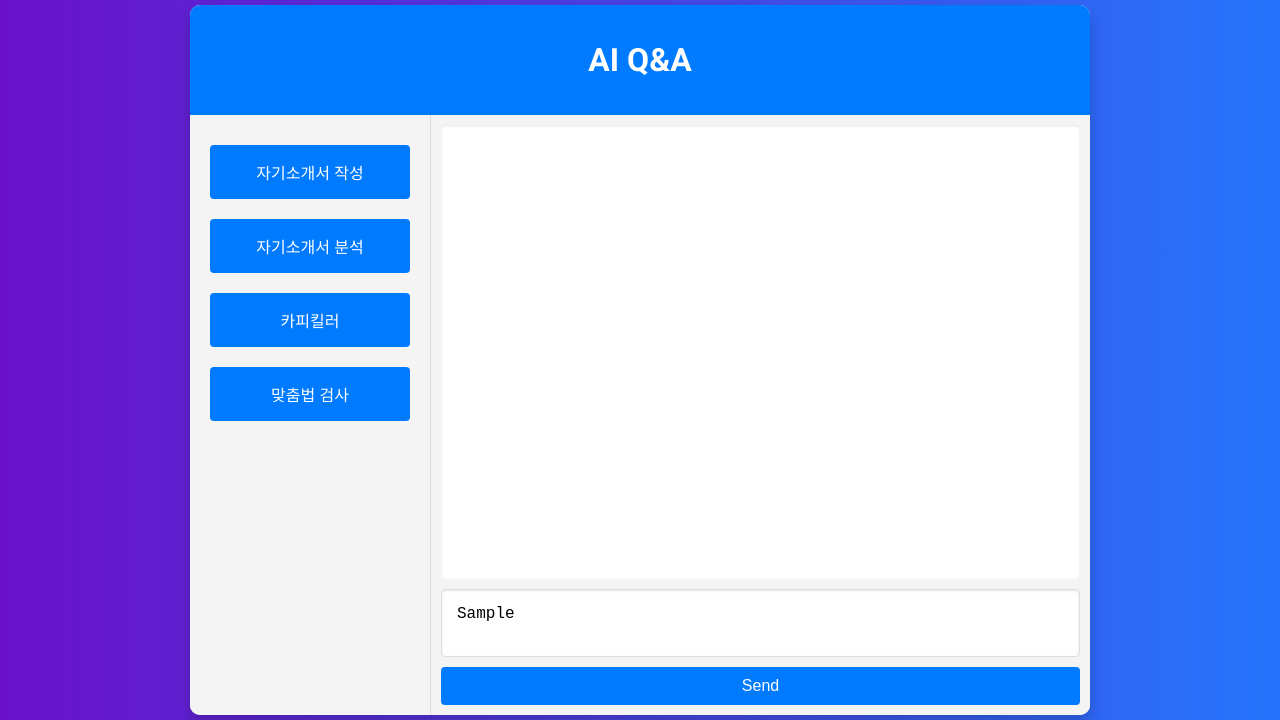
Repository: Choi9912/Flask_IntroduceGPT
Page: http://localhost/
These files come from the project's save history. The page is drawn as it stood at one moment and after the next save; the edit follows.
The browser window is 1280 px wide. The pictures show the whole page.
Empty fields were first filled with sample values (such as "Sample", 5 or name@example.com).
After loading, the first visible `#sendBtn` was clicked once.
The page is served by the project's application, run on Flask 3 (app.py).

Above is the page before, as saved 2024-07-30 12:23:36.

### templates/index.html
<!doctype html>
<html lang="en">
<head>
    <meta charset="UTF-8">
    <title>AI Q&A</title>
    <link rel="stylesheet" href="style.css">
    <link href="https://fonts.googleapis.com/css2?family=Roboto:wght@400;500;700&display=swap" rel="stylesheet">
    <meta name="viewport" content="width=device-width, initial-scale=1.0">
</head>
<body>
    <div class="app-container">
        <div class="header">
            <h1>AI Q&A</h1>
        </div>
        <div class="main-content">
            <div class="sidebar">
                <button class="sidebar-btn" id="sendBtn">자기소개서 작성</button>
                <button class="sidebar-btn" id="analyzeBtn">자기소개서 분석</button>
                <button class="sidebar-btn" id="plagiarismBtn">카피킬러</button>
                <button class="sidebar-btn" id="spellCheckBtn">맞춤법 검사</button>
            </div>
            <div class="chat-container">
                <div id="chat-box">
                    <!-- Chat messages will be appended here -->
                </div>
                <textarea id="inputArea" placeholder="Type your message here..." spellcheck="false"></textarea>
                <button class="submit-btn" id="actionBtn">Send</button>
            </div>
        </div>
    </div>
    <script src="script.js"></script>
</body>
</html>

### app.py
from flask import Flask, request, jsonify, render_template
import requests
import logging
import os

from dotenv import load_dotenv

load_dotenv()
API_URL = os.getenv('API_URL')
# Configure logging
logging.basicConfig(level=logging.DEBUG)

app = Flask(__name__)

class SelfIntroductionAnalyzer:
    def __init__(self, api_url):
        self.api_url = api_url

    def analyze(self, introduction, method):
        if method == 'iterative_refinement':
            return self.iterative_refinement(introduction)
        elif method == 'step_by_step':
            return self.step_by_step(introduction)
        elif method == 'few_shot':
            return self.few_shot(introduction)
        elif method == 'constraint_setting':
            return self.constraint_setting(introduction)
        else:
            return 'Error: Invalid method'

    def iterative_refinement(self, introduction):
        return self.send_request(self.create_messages(introduction))

    def step_by_step(self, introduction):
        steps = [
            "단계 1: 자기소개서를 분석합니다.",
            "단계 2: 주요 포인트와 주제를 식별합니다.",
            "단계 3: 구조와 일관성을 평가합니다."
        ]
        messages = self.create_messages(introduction, " ".join(steps))
        return self.send_request(messages)

    def few_shot(self, introduction):
        examples = [
            {"role": "user", "content": "자기소개서의 강점을 분석해주세요.", "role": "assistant", "content": "자기소개서의 강점은 명확한 목표 설정과 구체적인 경험 사례입니다."},
            {"role": "user", "content": "자기소개서에서 개선할 점을 알려주세요.", "role": "assistant", "content": "자기소개서의 개선할 점은 내용의 일관성과 논리적 흐름입니다."}
        ]
        messages = self.create_messages(introduction, examples=examples)
        return self.send_request(messages)

    def constraint_setting(self, introduction):
        constraints = "최대한 자세하게 알려주세요."
        messages = self.create_messages(introduction, constraints)
        return self.send_request(messages)

    def create_messages(self, introduction, additional_content="", examples=None):
        messages = [
            {"role": "system", "content": "당신은 자기소개서를 분석하는 AI입니다."},
            {"role": "user", "content": f"다음 자기소개서를 분석해주세요: {introduction} {additional_content}"}
        ]
        if examples:
            messages = [{"role": ex["role"], "content": ex["content"]} for ex in examples] + messages
        return messages

    def send_request(self, messages):
        try:
            response = requests.post(self.api_url, json=messages)
            response.raise_for_status()
            return response.json().get('choices')[0]['message']['content']
        except requests.RequestException as e:
            logging.error(f"Error in SelfIntroductionAnalyzer: {e}")
            return 'Error: Unable to get a response from the API'


class SelfIntroductionWriter:
    def __init__(self, api_url):
        self.api_url = api_url

    def write(self, prompt, method):
        if method == 'iterative_refinement':
            return self.iterative_refinement(prompt)
        elif method == 'step_by_step':
            return self.step_by_step(prompt)
        elif method == 'few_shot':
            return self.few_shot(prompt)
        elif method == 'constraint_setting':
            return self.constraint_setting(prompt)
        else:
            return 'Error: Invalid method'

    def iterative_refinement(self, prompt):
        return self.send_request(self.create_messages(prompt))

    def step_by_step(self, prompt):
        steps = [
            "단계 1. 소제목을 넣자: 자기소개서에 소제목을 추가합니다.",
            "단계 2. 두괄식으로 작성하자: 결론부터 말하고 자세한 내용을 덧붙입니다.",
            "단계 3. 문장을 간결하게, 문단을 나눠서 쓰자: 간결하고 명확한 문장을 사용하고, 적절한 문단 나누기로 가독성을 높입니다."
   ]
        messages = self.create_messages(prompt, " ".join(steps))
        return self.send_request(messages)

    def few_shot(self, prompt):
        examples = [
            {
                "role": "user",
                "content": "자기소개서를 작성해주세요.",
                "role": "assistant",
                "content": (
                    "① 경력 소개: 저는 열정적이고 성실한 사람입니다. "
                    "② 성장 과정: 다양한 경험을 통해 성장했습니다. "
                    "③ 결론: 저의 협력과 도전정신을 바탕으로 회사에 기여하고 싶습니다."
                )
            },
            {
                "role": "user",
                "content": "자기소개서의 핵심을 작성해주세요.",
                "role": "assistant",
                "content": (
                    "- 소개: 저는 협력과 도전정신을 중요시합니다. "
                    "- 경험: 항상 새로운 것을 배우고자 합니다. "
                    "- 목표: 이러한 태도로 귀사에 큰 기여를 하고 싶습니다."
                )
            }
        ]
        messages = self.create_messages(prompt, examples=examples)
        return self.send_request(messages)

    def constraint_setting(self, prompt):
        constraints = "소제목을 포함하고, 두괄식으로 작성하며, 문장을 간결하게 쓰고, 문단을 나누어 주세요."
        messages = self.create_messages(prompt, constraints)
        return self.send_request(messages)

    def create_messages(self, prompt, additional_content="", examples=None):
        messages = [
            {"role": "system", "content": "당신은 자기소개서를 작성하는 AI입니다."},
            {"role": "user", "content": f"다음 프롬프트로 자기소개서를 작성해주세요: {prompt} {additional_content}"}
        ]
        if examples:
            messages = [{"role": ex["role"], "content": ex["content"]} for ex in examples] + messages
        return messages

    def send_request(self, messages):
        try:
            response = requests.post(self.api_url, json=messages)
            response.raise_for_status()
            return response.json().get('choices')[0]['message']['content']
        except requests.RequestException as e:
            logging.error(f"Error in SelfIntroductionWriter: {e}")
            return 'Error: Unable to get a response from the API'



class PlagiarismDetector:
    def __init__(self, api_url):
        self.api_url = api_url

    def check_plagiarism(self, text, method):
        if method == 'iterative_refinement':
            return self.iterative_refinement(text)
        elif method == 'step_by_step':
            return self.step_by_step(text)
        elif method == 'few_shot':
            return self.few_shot(text)
        elif method == 'constraint_setting':
            return self.constraint_setting(text)
        else:
            return 'Error: Invalid method'

    def iterative_refinement(self, text):
        return self.send_request(self.create_messages(text))

    def step_by_step(self, text):
        steps = [
            "단계 1: 텍스트를 분석합니다.",
            "단계 2: 주요 포인트와 주제를 식별합니다.",
            "단계 3: 문장 구조와 단어 선택을 평가합니다.",
            "단계 4: 아이디어의 독창성을 평가합니다.",
            "단계 5: 다른 출처와의 유사성을 평가합니다."
        ]
        messages = self.create_messages(text, " ".join(steps))
        return self.send_request(messages)

    def few_shot(self, text):
        examples = [
            {"role": "user", "content": "다음 텍스트의 표절 여부를 검사해주세요.", "role": "assistant", "content": "이 텍스트는 다음 알려진 텍스트와 유사합니다: [알려진 텍스트]."},
            {"role": "user", "content": "이 텍스트는 표절인가요?", "role": "assistant", "content": "이 텍스트는 [알려진 텍스트]와 유사하므로 표절로 간주됩니다."}
        ]
        messages = self.create_messages(text, examples=examples)
        return self.send_request(messages)

    def constraint_setting(self, text):
        constraints = "텍스트의 모든 부분을 꼼꼼히 검사하고, 문장 구조, 단어 선택, 아이디어의 독창성을 고려하여 다른 출처와의 유사성을 평가해주세요."
        messages = self.create_messages(text, constraints)
        return self.send_request(messages)

    def create_messages(self, text, additional_content="", examples=None):
        messages = [
            {"role": "system", "content": "당신은 텍스트를 분석하여 표절 여부를 판단하는 AI입니다."},
            {"role": "user", "content": f"다음 텍스트의 표절 여부를 검사해주세요: {text} {additional_content}"}
        ]
        if examples:
            messages = [{"role": ex["role"], "content": ex["content"]} for ex in examples] + messages
        return messages

    def send_request(self, messages):
        try:
            response = requests.post(self.api_url, json=messages)
            response.raise_for_status()
            return response.json().get('choices')[0]['message']['content']
        except requests.RequestException as e:
            logging.error(f"Error in PlagiarismDetector: {e}")
            return 'Error: Unable to get a response from the API'



class SpellChecker:
    def __init__(self, api_url):
        self.api_url = api_url

    def check(self, text, method):
        if method == 'iterative_refinement':
            return self.iterative_refinement(text)
        elif method == 'step_by_step':
            return self.step_by_step(text)
        elif method == 'few_shot':
            return self.few_shot(text)
        elif method == 'constraint_setting':
            return self.constraint_setting(text)
        else:
            return 'Error: Invalid method'

    def iterative_refinement(self, text):
        return self.send_request(self.create_messages(text))

    def step_by_step(self, text):
        steps = [
            "단계 1: 텍스트를 분석합니다.",
            "단계 2: 철자 오류를 식별합니다.",
            "단계 3: 문법 오류를 식별합니다.",
            "단계 4: 문장 구조를 평가합니다.",
            "단계 5: 전체 텍스트의 일관성을 평가합니다."
        ]
        messages = self.create_messages(text, " ".join(steps))
        return self.send_request(messages)

    def few_shot(self, text):
        examples = [
            {"role": "user", "content": "다음 텍스트의 맞춤법을 검사해주세요.", "role": "assistant", "content": "이 텍스트에는 다음과 같은 철자 오류가 있습니다: [오류 예시]."},
            {"role": "user", "content": "이 텍스트의 문법 오류를 수정해주세요.", "role": "assistant", "content": "이 텍스트에는 다음과 같은 문법 오류가 있습니다: [오류 예시]."}
        ]
        messages = self.create_messages(text, examples=examples)
        return self.send_request(messages)

    def constraint_setting(self, text):
        constraints = "텍스트의 철자와 문법을 철저히 검사하고, 문장 구조와 일관성을 고려하여 전체 텍스트를 평가해주세요."
        messages = self.create_messages(text, constraints)
        return self.send_request(messages)

    def create_messages(self, text):
        return [
            {"role": "system", "content": "당신은 맞춤법 검사 AI입니다."},
            {"role": "user", "content": f"다음 글의 맞춤법을 확인해주세요: {text}"}
        ]

    def send_request(self, messages):
        try:
            response = requests.post(self.api_url, json=messages)
            response.raise_for_status()
            return response.json().get('choices')[0]['message']['content']
        except requests.RequestException as e:
            logging.error(f"Error in SpellChecker: {e}")
            return 'Error: Unable to get a response from the API'


class PromptOptimizerApp:
    def __init__(self, analyzer, writer, plagiarism_detector, spell_checker):
        self.app = Flask(__name__)
        self.analyzer = analyzer
        self.writer = writer
        self.plagiarism_detector = plagiarism_detector
        self.spell_checker = spell_checker
        self.setup_routes()

    def setup_routes(self):
        self.app.add_url_rule('/', 'index', self.index)
        self.app.add_url_rule('/generate', 'generate', self.generate, methods=['POST'])
        self.app.add_url_rule('/analyze', 'analyze', self.analyze_route, methods=['POST'])
        self.app.add_url_rule('/write', 'write', self.write_route, methods=['POST'])
        self.app.add_url_rule('/plagiarism_check', 'plagiarism_check', self.plagiarism_check_route, methods=['POST'])
        self.app.add_url_rule('/spell_check', 'spell_check', self.spell_check_route, methods=['POST'])

    def index(self):
        return render_template('index.html')

    def generate(self):
        data = request.get_json()
        question = data.get('question')
        logging.debug(f"Received question: {question}")

        answer = self.writer.iterative_refinement(question)
        return jsonify({'answer': answer})

    def analyze_route(self):
        data = request.get_json()
        introduction = data.get('introduction')
        method = data.get('method', 'iterative_refinement')  # Default to 'iterative_refinement'
        logging.debug(f"Received introduction: {introduction} with method: {method}")
        analysis = self.analyzer.analyze(introduction, method)
        return jsonify({'analysis': analysis})

    def write_route(self):
        data = request.get_json()
        prompt = data.get('prompt')
        method = data.get('method', 'iterative_refinement')  # Default to 'iterative_refinement'
        logging.debug(f"Received prompt: {prompt} with method: {method}")
        writing = self.writer.write(prompt, method)
        return jsonify({'writing': writing})

    def plagiarism_check_route(self):
        data = request.get_json()
        text = data.get('text')
        method = data.get('method', 'iterative_refinement')  # Default to 'iterative_refinement'
        logging.debug(f"Received text for plagiarism check: {text} with method: {method}")
        report = self.plagiarism_detector.check_plagiarism(text, method)

        return jsonify({'plagiarism_report': report})


    def spell_check_route(self):
        data = request.get_json()
        text = data.get('text')
        method = data.get('method', 'iterative_refinement')  # Default to 'iterative_refinement'
        logging.debug(f"Received text for spell check: {text} with method: {method}")
        report = self.spell_checker.check(text, method)
        return jsonify({'spell_check_report': report})

    def run(self):
        self.app.run(debug=True)

if __name__ == '__main__':
    analyzer = SelfIntroductionAnalyzer(API_URL)
    writer = SelfIntroductionWriter(API_URL)
    plagiarism_detector = PlagiarismDetector(API_URL)
    spell_checker = SpellChecker(API_URL)
    app_instance = PromptOptimizerApp(analyzer, writer, plagiarism_detector, spell_checker)
    app_instance.run()

### static/style.css
body {
    margin: 0;
    font-family: 'Roboto', sans-serif;
    background: linear-gradient(to right, #6a11cb, #2575fc);
    display: flex;
    justify-content: center;
    align-items: center;
    min-height: 100vh;
}

.app-container {
    display: flex;
    flex-direction: column;
    width: 100%;
    max-width: 900px;
    border-radius: 10px;
    box-shadow: 0 8px 16px rgba(0, 0, 0, 0.2);
    background-color: #ffffff;
    overflow: hidden;
    animation: fadeIn 1s ease-in-out;
}

.header {
    background-color: #007bff;
    color: #ffffff;
    text-align: center;
    padding: 15px;
}

.main-content {
    display: flex;
    height: calc(100vh - 120px); /* Adjust height based on header size */
}

.sidebar {
    display: flex;
    flex-direction: column;
    padding: 20px;
    background-color: #f4f4f4;
    border-right: 1px solid #ddd;
    animation: slideIn 0.5s ease-in-out;
    width: 200px;
}

.sidebar-btn {
    padding: 15px;
    margin: 10px 0;
    border: none;
    border-radius: 4px;
    background-color: #007bff;
    color: #ffffff;
    cursor: pointer;
    font-size: 16px;
    transition: background-color 0.3s, box-shadow 0.3s, transform 0.3s;
}

.sidebar-btn:hover {
    background-color: #0056b3;
    box-shadow: 0 4px 8px rgba(0, 0, 0, 0.1);
    transform: translateY(-2px);
}

.chat-container {
    display: flex;
    flex-direction: column;
    flex: 1;
    padding: 10px;
    background-color: #f4f4f4;
}

#chat-box {
    flex: 1;
    padding: 10px;
    overflow-y: auto;
    border-radius: 4px;
    background-color: #ffffff;
    box-shadow: inset 0 1px 3px rgba(0, 0, 0, 0.1);
    margin-bottom: 10px;
}

.chat-message {
    margin: 10px 0;
    padding: 10px;
    border-radius: 4px;
    box-shadow: 0 1px 3px rgba(0, 0, 0, 0.1);
}

.chat-message.user {
    background-color: #007bff;
    color: #ffffff;
    align-self: flex-end;
}

.chat-message.bot {
    background-color: #f0f0f0;
    align-self: flex-start;
}

#inputArea {
    padding: 15px;
    font-size: 16px;
    border: 1px solid #ddd;
    border-radius: 4px;
    resize: none;
    box-shadow: inset 0 1px 3px rgba(0, 0, 0, 0.1);
    transition: border-color 0.3s, box-shadow 0.3s;
    margin-bottom: 10px;
}

#inputArea:focus {
    border-color: #007bff;
    box-shadow: 0 0 5px rgba(0, 123, 255, 0.5);
}

.submit-btn {
    padding: 10px;
    cursor: pointer;
    background-color: #007bff;
    color: #fff;
    border: none;
    border-radius: 4px;
    font-size: 16px;
    transition: background-color 0.3s, box-shadow 0.3s, transform 0.3s;
}

.submit-btn:hover {
    background-color: #0056b3;
    box-shadow: 0 4px 8px rgba(0, 0, 0, 0.1);
    transform: translateY(-2px);
}

/* Animations */
@keyframes fadeIn {
    from { opacity: 0; }
    to { opacity: 1; }
}

@keyframes slideIn {
    from { transform: translateX(-100%); }
    to { transform: translateX(0); }
}

### static/script.js
document.addEventListener('DOMContentLoaded', function() {
    const sendBtn = document.getElementById('sendBtn');
    const analyzeBtn = document.getElementById('analyzeBtn');
    const plagiarismBtn = document.getElementById('plagiarismBtn');
    const spellCheckBtn = document.getElementById('spellCheckBtn');
    const actionBtn = document.getElementById('actionBtn');
    const inputArea = document.getElementById('inputArea');
    const outputDiv = document.getElementById('output');

    let currentAction = null;

    sendBtn.addEventListener('click', () => {
        currentAction = 'generate';
        inputArea.placeholder = 'Enter your question here';
    });

    analyzeBtn.addEventListener('click', () => {
        currentAction = 'analyze';
        inputArea.placeholder = 'Enter your self-introduction here';
    });

    plagiarismBtn.addEventListener('click', () => {
        currentAction = 'plagiarism_check';
        inputArea.placeholder = 'Enter your text for plagiarism check';
    });

    spellCheckBtn.addEventListener('click', () => {
        currentAction = 'spell_check';
        inputArea.placeholder = 'Enter your text for spell check';
    });

    actionBtn.addEventListener('click', () => {
        const text = inputArea.value;
        if (text.trim() === '' || !currentAction) return;

        let url;
        const body = {};

        switch (currentAction) {
            case 'generate':
                url = '/generate';
                body.question = text;
                break;
            case 'analyze':
                url = '/analyze';
                body.introduction = text;
                body.method = 'iterative_refinement'; // Default method
                break;
            case 'plagiarism_check':
                url = '/plagiarism_check';
                body.text = text;
                body.method = 'iterative_refinement'; // Default method
                break;
            case 'spell_check':
                url = '/spell_check';
                body.text = text;
                body.method = 'iterative_refinement'; // Default method
                break;
            default:
                return;
        }

        console.log(`Sending request to ${url} with body:`, body);

        actionBtn.disabled = true;
        outputDiv.textContent = 'Loading...';

        fetch(url, {
            method: 'POST',
            headers: {
                'Content-Type': 'application/json'
            },
            body: JSON.stringify(body)
        })
        .then(response => response.json())
        .then(data => {
            console.log('Received response:', data);
            let resultText;
            switch (currentAction) {
                case 'generate':
                    resultText = `Generated Response: ${data.answer || 'No response'}`;
                    break;
                case 'analyze':
                    resultText = `Analysis Result: ${data.analysis || 'No response'}`;
                    break;
                case 'plagiarism_check':
                    resultText = `Plagiarism Report: ${data.plagiarism_report || 'No report'}`;
                    break;
                case 'spell_check':
                    resultText = `Spell Check Report: ${data.spell_check_report || 'No report'}`;
                    break;
                default:
                    resultText = 'No valid action performed.';
            }
            outputDiv.textContent = resultText;
        })
        .catch(error => {
            console.error('Error:', error);
            outputDiv.textContent = 'Error: Unable to get a response from the server.';
        })
        .finally(() => {
            // Re-enable the action button and clear the input
            actionBtn.disabled = false;
            inputArea.value = '';
        });
    });
});

After the next save:
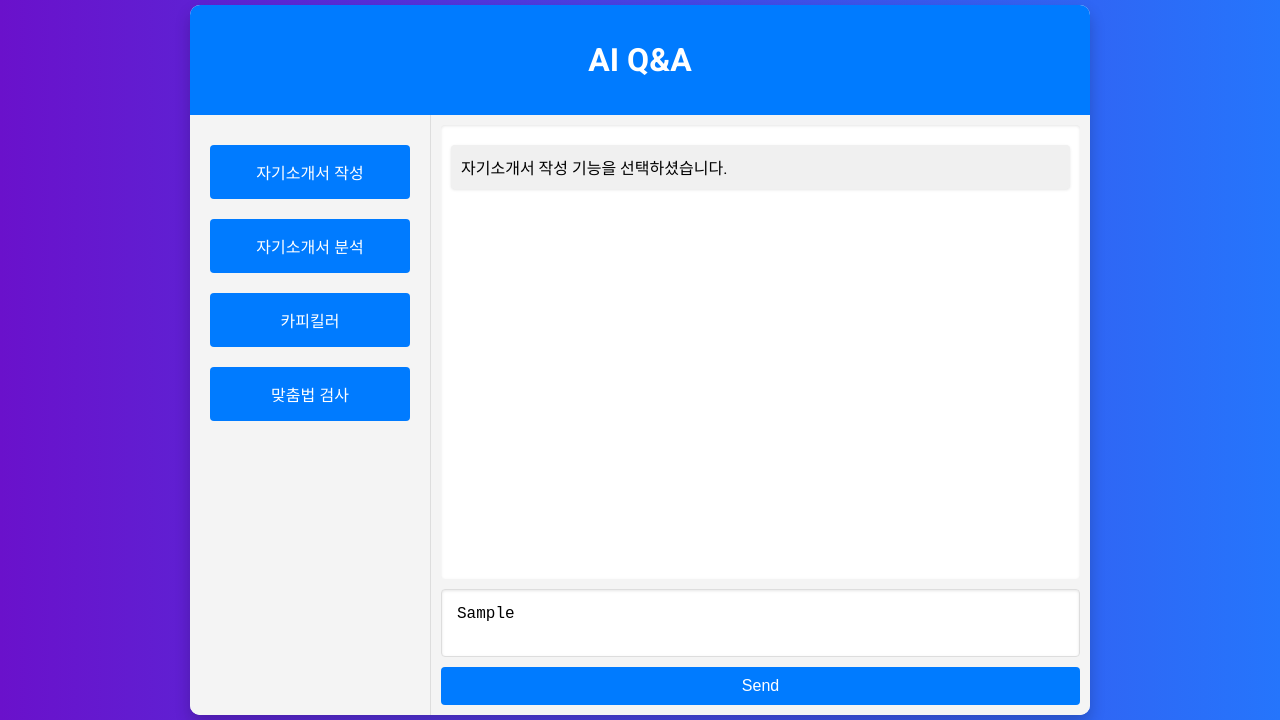
Saved 104 s later.
--- a/static/script.js
+++ b/static/script.js
@@ -5,28 +5,32 @@ document.addEventListener('DOMContentLoaded', function() {
     const spellCheckBtn = document.getElementById('spellCheckBtn');
     const actionBtn = document.getElementById('actionBtn');
     const inputArea = document.getElementById('inputArea');
-    const outputDiv = document.getElementById('output');
+    const chatBox = document.getElementById('chat-box');
 
     let currentAction = null;
 
     sendBtn.addEventListener('click', () => {
         currentAction = 'generate';
         inputArea.placeholder = 'Enter your question here';
+        appendMessage('bot', '자기소개서 작성 기능을 선택하셨습니다.');
     });
 
     analyzeBtn.addEventListener('click', () => {
         currentAction = 'analyze';
         inputArea.placeholder = 'Enter your self-introduction here';
+        appendMessage('bot', '자기소개서 분석 기능을 선택하셨습니다.');
     });
 
     plagiarismBtn.addEventListener('click', () => {
         currentAction = 'plagiarism_check';
         inputArea.placeholder = 'Enter your text for plagiarism check';
+        appendMessage('bot', '카피킬러 기능을 선택하셨습니다.');
     });
 
     spellCheckBtn.addEventListener('click', () => {
         currentAction = 'spell_check';
         inputArea.placeholder = 'Enter your text for spell check';
+        appendMessage('bot', '맞춤법 검사 기능을 선택하셨습니다.');
     });
 
     actionBtn.addEventListener('click', () => {
@@ -44,17 +48,14 @@ document.addEventListener('DOMContentLoaded', function() {
             case 'analyze':
                 url = '/analyze';
                 body.introduction = text;
-                body.method = 'iterative_refinement'; // Default method
                 break;
             case 'plagiarism_check':
                 url = '/plagiarism_check';
                 body.text = text;
-                body.method = 'iterative_refinement'; // Default method
                 break;
             case 'spell_check':
                 url = '/spell_check';
                 body.text = text;
-                body.method = 'iterative_refinement'; // Default method
                 break;
             default:
                 return;
@@ -63,7 +64,8 @@ document.addEventListener('DOMContentLoaded', function() {
         console.log(`Sending request to ${url} with body:`, body);
 
         actionBtn.disabled = true;
-        outputDiv.textContent = 'Loading...';
+        appendMessage('user', text);
+        inputArea.value = '';
 
         fetch(url, {
             method: 'POST',
@@ -92,16 +94,23 @@ document.addEventListener('DOMContentLoaded', function() {
                 default:
                     resultText = 'No valid action performed.';
             }
-            outputDiv.textContent = resultText;
+            appendMessage('bot', resultText);
         })
         .catch(error => {
             console.error('Error:', error);
-            outputDiv.textContent = 'Error: Unable to get a response from the server.';
+            appendMessage('bot', 'Error: Unable to get a response from the server.');
         })
         .finally(() => {
-            // Re-enable the action button and clear the input
+            // Re-enable the action button
             actionBtn.disabled = false;
-            inputArea.value = '';
         });
     });
+
+    function appendMessage(sender, message) {
+        let messageElement = document.createElement('div');
+        messageElement.classList.add('chat-message', sender);
+        messageElement.textContent = message;
+        chatBox.appendChild(messageElement);
+        chatBox.scrollTop = chatBox.scrollHeight;
+    }
 });
